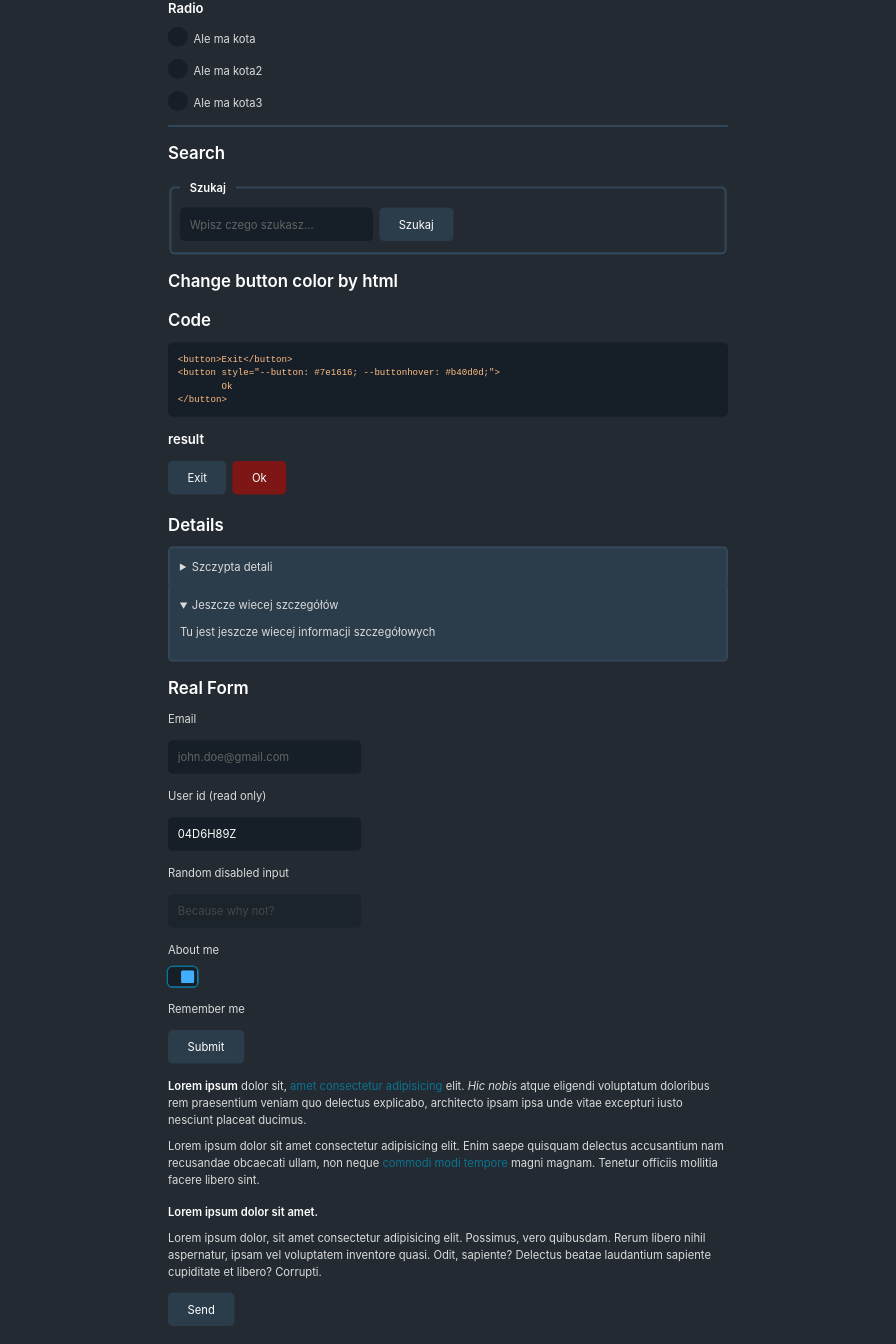
Repository: KozakBartosz/Draft
Page: index.html
These files come from the project's save history. The page is drawn as it stood at one moment and after the next save; the edit follows.
The browser window is 1280 px wide. The pictures show the part of the page from y = 2749 to 4669 px (the page is 4669 px tall before and 4660 px after), at 70% of full size.

Above is the page before, as saved 2019-04-12 08:48:54.

### index.html
<!DOCTYPE html>
<html lang="en">
	<head>
		<meta charset="UTF-8" />
		<meta name="viewport" content="width=device-width, initial-scale=1.0" />
		<meta http-equiv="X-UA-Compatible" content="ie=edge" />
		<title>Draft.css</title>
		<link rel="stylesheet" href="draft.css" />
	</head>
	<body>
		<h1><input type="checkbox" checked="checked" /> Draft.css</h1>
		<div style="float: right">
			Thema:
			<select name="" id="changethema">
				<option value="0">Defult</option>
				<option value="1">Defult mini</option>
				<option value="2">Light</option>
				<option value="3">Blood</option>
				<option value="4">Matrix</option>
			</select>
		</div>
		<h1>The most simple css framwork</h1>
		<h2>What is draft.css</h2>
		<p>
			Framwork is targeted at quickly creating prototypes of forms and
			simple template. Designed to written html code looked beautiful and
			did not require any class and non-standard elements.
		</p>
		<h2>How use</h2>
		<p>All you have to do is add this code to the head section:</p>

		<pre><code>&lt;link rel="stylesheet" href="https://kozakbartosz.pl/draft/def.css" /&gt;</code></pre>

		<h1>Examples:</h1>

		<h3>Code:</h3>

		<pre><code>&lt;label&gt;<br />&nbsp; &nbsp; Normal text: &lt;input type="text" placeholder="placeholder..." /&gt;<br />&lt;/label&gt;<br />&lt;label&gt;<br />&nbsp; &nbsp; Inpit number: &lt;input type="number" value="1"/&gt;<br />&lt;/label&gt;<br />Data:<br />&lt;p&gt;<br />&nbsp; &nbsp; &lt;input type="date" /&gt;<br />&nbsp; &nbsp; &lt;input type="time" /&gt;<br />&lt;/p&gt;<br />Commodi:<br />&lt;label&gt;<br />&nbsp; &nbsp; &lt;input type="checkbox" /&gt; facilis non?<br />&lt;/label&gt;</code></pre>
		<h3>Result:</h3>
		<label>
			Normal text
			<input type="text" placeholder="placeholder..." />
		</label>
		<label>
			Inpit number
			<input type="number" value="1" />
		</label>
		Data:
		<p>
			<input type="date" />
			<input type="time" />
		</p>
		Commodi:
		<label> <input type="checkbox" /> facilis non? </label>

		<hr />

		<h3>Code:</h3>
		<pre><code>// This logs a message to the console<br />console.log('Hello,world!')</code></pre>

		<h2>Forms</h2>

		<ul>
			<li>Lorem, ipsum dolor.</li>
			<li>Commodi, aut ipsa.</li>
			<li>Dignissimos, quibusdam nobis?</li>
			<li>Quae, in praesentium.</li>
			<li>Aut, facilis non?</li>
		</ul>
		<ol>
			<li>Lorem, ipsum dolor.</li>
			<li>Commodi, aut ipsa.</li>
			<li>Dignissimos, quibusdam nobis?</li>
			<li>Quae, in praesentium.</li>
			<li>Aut, facilis non?</li>
		</ol>
		<textarea
			name="about"
			id="about"
			placeholder="I am a textarea..."
			rows="6"
		></textarea>
		<h2>Lorem ipsum dolor sit amet.</h2>
		<label>
			Normal text
			<input type="text" />
		</label>
		<label>
			Inpit number <input type="number" / value="1">
		</label>
		Data:
		<p>
			<input type="date" />
			<input type="time" />
		</p>
		<label>
			Nazwa:
			<select name="" id="">
				<option value="">Wybierz</option>
				<option value="">jeden</option>
				<option value="">dwa</option>
				<option value="">trzy</option>
			</select>
		</label>

		<table>
			<tr>
				<th>lorem</th>
				<th>lorem</th>
				<th>lorem</th>
			</tr>
			<tr>
				<td>lorem</td>
				<td>lorem</td>
				<td>lorem</td>
			</tr>
			<tr>
				<td>lorem</td>
				<td>lorem</td>
				<td>lorem</td>
			</tr>
		</table>

		<h3>Checkbox</h3>
		<label> <input type="checkbox" /> Ale ma kota </label>

		<label> <input type="checkbox" /> Ale ma kota2 </label>

		<label> <input type="checkbox" /> Ale ma kota3 </label>

		<h3>Radio</h3>
		<label> <input type="radio" name="radio" /> Ale ma kota </label>
		<label> <input type="radio" name="radio" /> Ale ma kota2 </label>
		<label> <input type="radio" name="radio" /> Ale ma kota3 </label>

		<hr />

		<h2>Search</h2>

		<fieldset class="search">
			<legend>Szukaj</legend>
			<form action="produkty,szukaj" method="get">
				<input
					type="text"
					name="q"
					placeholder="Wpisz czego szukasz..."
				/>
				<button>Szukaj</button>
			</form>
		</fieldset>

		<h2>Change button color by html</h2>

		<h2>Code</h2>
		<pre><code>&lt;button&gt;Exit&lt;/button&gt;<br>&lt;button style="--button: #7e1616; --buttonhover: #b40d0d;"&gt;
	Ok<br>&lt;/button&gt;</code></pre>

		<h3>result</h3>
		<button>Exit</button>
		<button style="--button: #7e1616; --buttonhover: #b40d0d;">
			Ok
		</button>

		<h2>Details</h2>

		<details>
			<summary>Szczypta detali</summary>
			<p>Informacje szczegółowe na dany temat.</p>
		</details>

		<details open>
			<summary>Jeszcze wiecej szczegółów</summary>
			<p>Tu jest jeszcze wiecej informacji szczegółowych</p>
		</details>

		<h2>Real Form</h2>

		<form>
			<label for="email">Email</label>
			<input
				type="email"
				name="email"
				id="email"
				placeholder="john.doe@gmail.com"
			/>

			<label for="id">User id (read only)</label>
			<input readonly="" name="id" id="id" value="04D6H89Z" />

			<label for="disabled">Random disabled input</label>
			<input
				disabled=""
				name="disabled"
				id="disabled"
				placeholder="Because why not?"
			/>

			<label for="about">About me</label>

			<input type="checkbox" name="remember" id="remember" checked="" />
			<label for="remember">Remember me</label>

			<input type="submit" />
		</form>

		<p>
			<strong>Lorem ipsum</strong> dolor sit,
			<a href="">amet consectetur adipisicing</a> elit.
			<i>Hic nobis</i> atque eligendi voluptatum doloribus rem praesentium
			veniam quo delectus explicabo, architecto ipsam ipsa unde vitae
			excepturi iusto nesciunt placeat ducimus.
		</p>
		<p>
			Lorem ipsum dolor sit amet consectetur adipisicing elit. Enim saepe
			quisquam delectus accusantium nam recusandae obcaecati ullam, non
			neque <a href="">commodi modi tempore </a>magni magnam. Tenetur
			officiis mollitia facere libero sint.
		</p>
		<h4>Lorem ipsum dolor sit amet.</h4>
		<p>
			Lorem ipsum dolor, sit amet consectetur adipisicing elit. Possimus,
			vero quibusdam. Rerum libero nihil aspernatur, ipsam vel voluptatem
			inventore quasi. Odit, sapiente? Delectus beatae laudantium sapiente
			cupiditate et libero? Corrupti.
		</p>

		<button>Send</button>
		<script>
			var themes = [
				[
					{ brand: "#41adff" },
					{ mainbg: "#232a31" },
					{ mainpaddng: "14px" },
					{ radius: "7px" },

					{ low: "#161f27" },
					{ like: "#2b3c4b" },
					{ midi: "#324759" },
					{ hight: "#0b7392" },

					{ text: "#dbdbdb" },
					{ textContrast: "#fff" },

					{ code: "#ffbe85" },

					{ button: "#2b3c4a" },
					{ buttonhover: "#334a5e" },
					{ buttontext: "#fff" },

					{ fillhover: "#1b2731" }
				],
				[
					{ brand: "#41adff" },
					{ mainbg: "#232a31" },
					{ mainpaddng: "12px" },
					{ radius: "12px" },

					{ low: "#161f27" },
					{ like: "#2b3c4b" },
					{ midi: "#324759" },
					{ hight: "#0b7392" },

					{ text: "#dbdbdb" },
					{ textContrast: "#fff" },

					{ code: "#ffbe85" },

					{ button: "#2b3c4a" },
					{ buttonhover: "#334a5e" },
					{ buttontext: "#fff" },

					{ fillhover: "#1b2731" }
				],
				[
					{ brand: "#41adff" },
					{ mainbg: "#ffffff" },
					{ mainpaddng: "14px" },
					{ radius: "7px" },

					{ low: "#e8f1fa" },
					{ like: "#cfe2f7" },
					{ midi: "#b2cee7" },
					{ hight: "#1db5e4" },

					{ text: "#3f4646" },
					{ textContrast: "#1a1f1f" },

					{ code: "#20595f" },

					{ button: "#3dcca1" },
					{ buttonhover: "#34e0ad" },
					{ buttontext: "#fff" },

					{ fillhover: "#e8f5ff" }
				],
				[
					{ mainpaddng: "18px" },
					{ radius: "3px" },
					{ brand: "#c21a1a" },
					{ mainbg: "#312323" },

					{ code: "#ffbe85" },

					{ text: "#dbdbdb" },
					{ textContrast: "#fff" },

					{ button: "#4a2b2b" },
					{ buttonhover: "#5e3333" },
					{ buttontext: "#fff" },

					{ fillhover: "#311b1b" },

					{ low: "#271616" },
					{ like: "#4b2b2b" },
					{ midi: "#593232" },
					{ hight: "#800f0f" }
				],
				[
					{ mainpaddng: "11px" },
					{ radius: "13px" },
					{ brand: "#1ac260" },
					{ mainbg: "#233126" },

					{ code: "#c0ff85" },

					{ text: "#dbdbdb" },
					{ textContrast: "#fff" },

					{ button: "#324a2b" },
					{ buttonhover: "#385e33" },
					{ buttontext: "#fff" },

					{ fillhover: "#1b3122" },

					{ low: "#162717" },
					{ like: "#2b4b2e" },
					{ midi: "#32593f" },
					{ hight: "#0f803a" }
				]
			];

			let changethema = document.getElementById("changethema");
			let root = document.documentElement;
			changethema.addEventListener("change", e => {
				console.log(e);
				var theme = themes[e.target.value];
				theme.forEach(element => {
					var k = Object.keys(element)[0];
					root.style.setProperty("--" + k, element[k]);
				});
			});
		</script>
	</body>
</html>

### draft.css
/* TO DO */
/* <details> */
:root {
	--brand: #41adff;
	--mainbg: #232a31;
	--mainpaddng: 14px;
	--radius: 7px;

	--low: #161f27;
	--like: #2b3c4b;
	--midi: #324759;
	--hight: #0b7392;

	--text: #dbdbdb;
	--textContrast: #fff;

	--code: #ffbe85;

	--button: #2b3c4a;
	--buttonhover: #334a5e;
	--buttontext: #fff;

	--fillhover: #1b2731;
}
/*
:root {
	--brand: #41adff;
	--mainbg: #ffffff;
	--mainpaddng: 14px;
	--radius: 7px;

	--low: #e8f1fa;
	--like: #cfe2f7;
	--midi: #b2cee7;
	--hight: #1db5e4;

	--text: #3f4646;
	--textContrast: #1a1f1f;

	--code: #20595f;

	--button: #3dcca1;
	--buttonhover: #34e0ad;
	--buttontext: #fff;

	--fillhover: #e8f5ff;
} */

/* :root {
	--mainpaddng: 18px;
	--radius: 3px;
	--brand: #c21a1a;
	--mainbg: #312323;

	--code: #ffbe85;

	--text: #dbdbdb;
	--textContrast: #fff;

	--button: #4a2b2b;
	--buttonhover: #5e3333;
	--buttontext: #fff;

	--fillhover: #311b1b;

	--low: #271616;
	--like: #4b2b2b;
	--midi: #593232;
	--hight: #800f0f;
} */

/* :root {
	--mainpaddng: 11px;
	--radius: 13px;
	--brand: #1ac260;
	--mainbg: #233126;

	--code: #c0ff85;

	--text: #dbdbdb;
	--textContrast: #fff;

	--button: #324a2b;
	--buttonhover: #385e33;
	--buttontext: #fff;

	--fillhover: #1b3122;

	--low: #162717;
	--like: #2b4b2e;
	--midi: #32593f;
	--hight: #0f803a;
} */
body {
	font-family: -apple-system, BlinkMacSystemFont, "Segoe UI", "Roboto",
		"Oxygen", "Ubuntu", "Cantarell", "Fira Sans", "Droid Sans",
		"Helvetica Neue", sans-serif;
	line-height: 1.5;
	max-width: 800px;
	margin: 20px auto;
	padding: 0 var(--mainpaddng);
	color: var(--text);
	background: var(--mainbg);
	text-rendering: optimizeLegibility;
}

label {
	display: block;
}

button,
input,
textarea {
	vertical-align: middle;
	transition: background-color 0.2s ease, box-shadow 0.2s ease,
		transform 0.2s ease;
}
h1 {
	font-size: 2.2em;
	margin-top: 0;
}
h1,
h2,
h3,
h4,
h5,
h6 {
	margin-bottom: 12px;
}
h1,
h2,
h3,
h4,
h5,
h6,
strong {
	color: var(--textContrast);
	font-weight: 600;
}
button,
input[type="submit"],
input[type="button"],
input[type="checkbox"],
input[type="radio"] {
	cursor: pointer;
	display: inline-block;
}

input,
select,
button,
textarea {
	/* display: block; */
	color: var(--textContrast);
	background-color: var(--low);
	font-family: inherit;
	font-size: inherit;
	margin: 4px 4px 6px 0;
	padding: var(--mainpaddng);
	border: none;
	border-radius: var(--radius);
	outline: none;
	-webkit-appearance: none;
}
input[type="number"] {
	max-width: calc(var(--mainpaddng) * 5);
}

button:hover,
input:hover,
select:hover,
textarea:hover,
textarea:hover {
	background-color: var(--fillhover);
}

label > input,
label > select {
	display: block;
}

textarea {
	margin-right: 0;
	width: 100%;
	box-sizing: border-box;
	resize: vertical;
}
button,
input[type="submit"],
input[type="button"] {
	color: var(--buttontext);
	background-color: var(--button);
	padding: var(--mainpaddng) calc(var(--mainpaddng) * 2);
}

select {
	padding-right: calc(var(--mainpaddng) * 3);
	background: var(--low)
		url("data:[embedded picture, 198 characters]")
		100% 50%/27px 7px no-repeat;
}

input:focus,
select:focus,
button:focus,
textarea:focus {
	background-color: var(--fillhover);
	box-shadow: 0 0 0 2px var(--hight);
}

button:focus,
input[type="submit"]:focus,
input[type="button"]:focus {
	background-color: var(--buttonhover);
}

button:hover,
input[type="submit"]:hover,
input[type="button"]:hover {
	background-color: var(--buttonhover);
	box-shadow: 0 5px 20px -5px rgba(0, 0, 0, 0.35), 0 3px 0 0 var(--button);
	transform: translateY(-3px);
}
button:active {
	transform: translateY(0px);
	box-shadow: 0 5px 20px -5px rgba(0, 0, 0, 0.35);
}

input:disabled {
	cursor: not-allowed;
	opacity: 0.5;
}

input[type="radio"],
input[type="checkbox"] {
	margin-top: -2px;
	transition: background-color 0.25s ease,
		box-shadow 0.25s cubic-bezier(0.53, 1.59, 0.51, 1);
}
input[type="checkbox"] {
	background-color: var(--like);
	width: calc(var(--mainpaddng) * 3);
	box-shadow: calc(var(--mainpaddng) * -1) 0 0 calc(var(--mainpaddng) / 3)
			var(--low) inset,
		0 0 0 calc(var(--mainpaddng) / 3) var(--low) inset;
}
input[type="checkbox"]:hover,
input[type="radio"]:hover {
	background-color: var(--midi);
}
input[type="checkbox"]:focus {
	box-shadow: calc(var(--mainpaddng) * -1) 0 0 calc(var(--mainpaddng) / 3)
			var(--low) inset,
		0 0 0 calc(var(--mainpaddng) / 3) var(--low) inset,
		0 0 0 2px var(--hight);
}

input[type="radio"] {
	border-radius: 100%;
	box-shadow: 0 0 0 calc(var(--mainpaddng) / 2) var(--low) inset;
}
input[type="checkbox"]:checked,
input[type="radio"]:checked {
	box-shadow: 0 0 0 calc(var(--mainpaddng) / 3) var(--low) inset,
		0 0 0 2px var(--hight), 0 0 0 1px var(--low);
	background-color: var(--brand);
}

input[type="checkbox"]:checked {
	box-shadow: var(--mainpaddng) 0 0 calc(var(--mainpaddng) / 3) var(--low)
			inset,
		0 0 0 calc(var(--mainpaddng) / 3) var(--low) inset,
		0 0 0 2px var(--hight);
}

::placeholder {
	color: #636363;
}
a {
	text-decoration: none;
	color: var(--hight);
}
a:hover {
	text-decoration: underline;
	color: var(--brand);
}
ul,
ol,
label,
code,
p {
	margin: var(--mainpaddng) 0;
}

code,
kbd {
	background: var(--low);
	color: var(--code);
	padding: var(--mainpaddng);
	border-radius: var(--radius);
}
/* pre {
	margin: 0 calc(var(--mainpaddng) * -1);
} */
pre > code {
	display: block;
	overflow-x: auto;
}
img {
	max-width: 100%;
}
hr {
	margin: var(--mainpaddng) 0;
	border: none;
	height: 3px;
	border-radius: calc(var(--radius) / 6);
	background: var(--midi);
}
fieldset {
	border: 3px solid var(--midi);
	border-radius: var(--radius);
}
fieldset > legend {
	font-weight: 600;
	color: var(--textContrast);
	padding: calc(var(--mainpaddng) / 2) calc(var(--mainpaddng));
}

details {
	padding: var(--mainpaddng);
	border: 3px solid var(--midi);
	border-radius: var(--radius);
	background: var(--like);
}
details + details {
	margin-top: calc(var(--radius) * -1);
	padding-top: calc(var(--mainpaddng) + var(--radius));
	border-top: none;
}

table {
	/* border-collapse: collapse; */
	margin: var(--mainpaddng) -2px;
	border-radius: calc(var(--radius) + 4px);
	width: calc(100% + 4px);
	overflow: hidden;
	border-spacing: 2px;
}
td,
th {
	padding: var(--mainpaddng);
	background: var(--low);
}
th {
	border-bottom: 3px solid var(--midi);
	color: var(--textContrast);
}
tr:hover td,
tr:hover th {
	background-color: var(--fillhover);
}

After the next save:
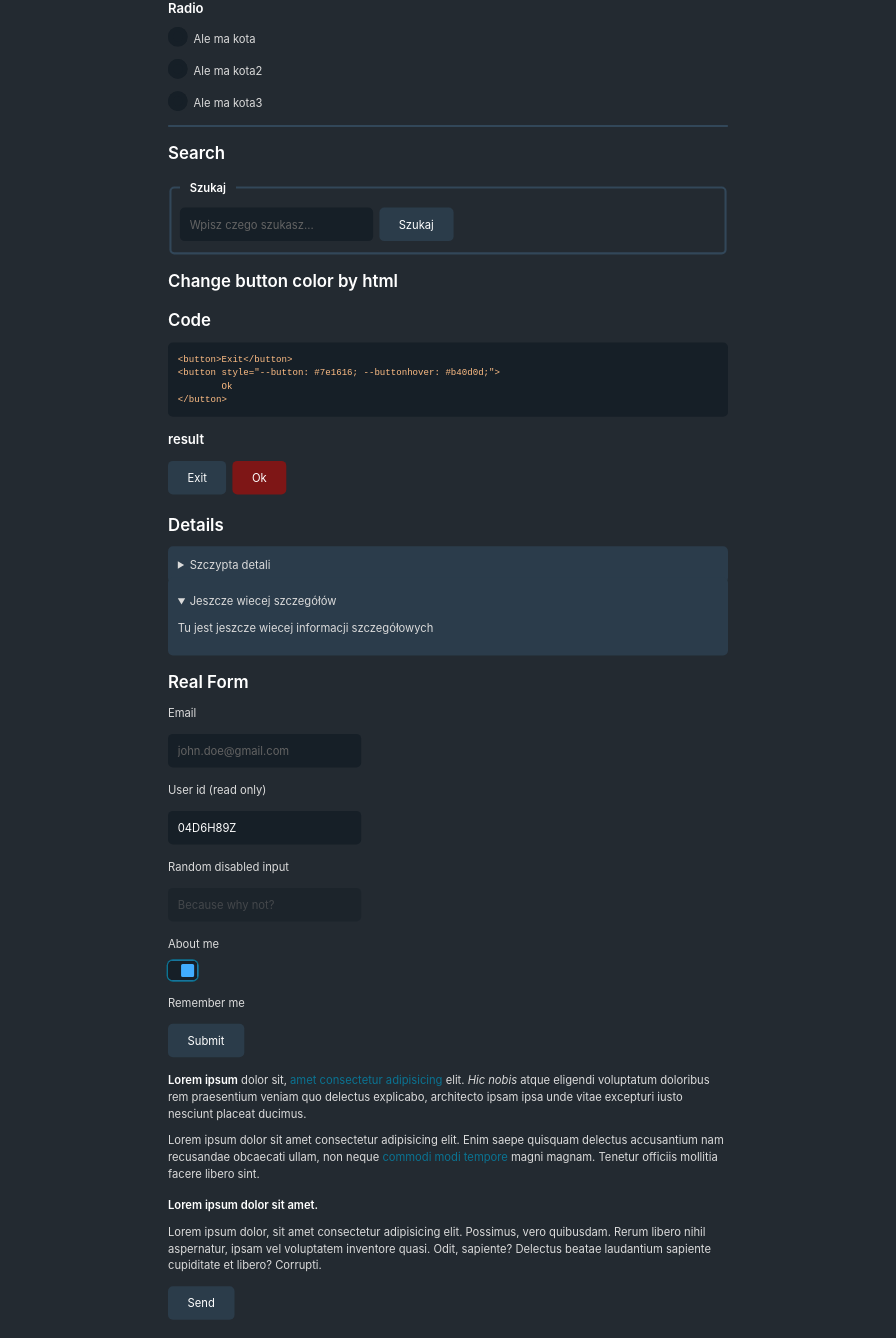
Saved 12 s later.
--- a/draft.css
+++ b/draft.css
@@ -328,7 +328,6 @@ fieldset > legend {
 
 details {
 	padding: var(--mainpaddng);
-	border: 3px solid var(--midi);
 	border-radius: var(--radius);
 	background: var(--like);
 }
